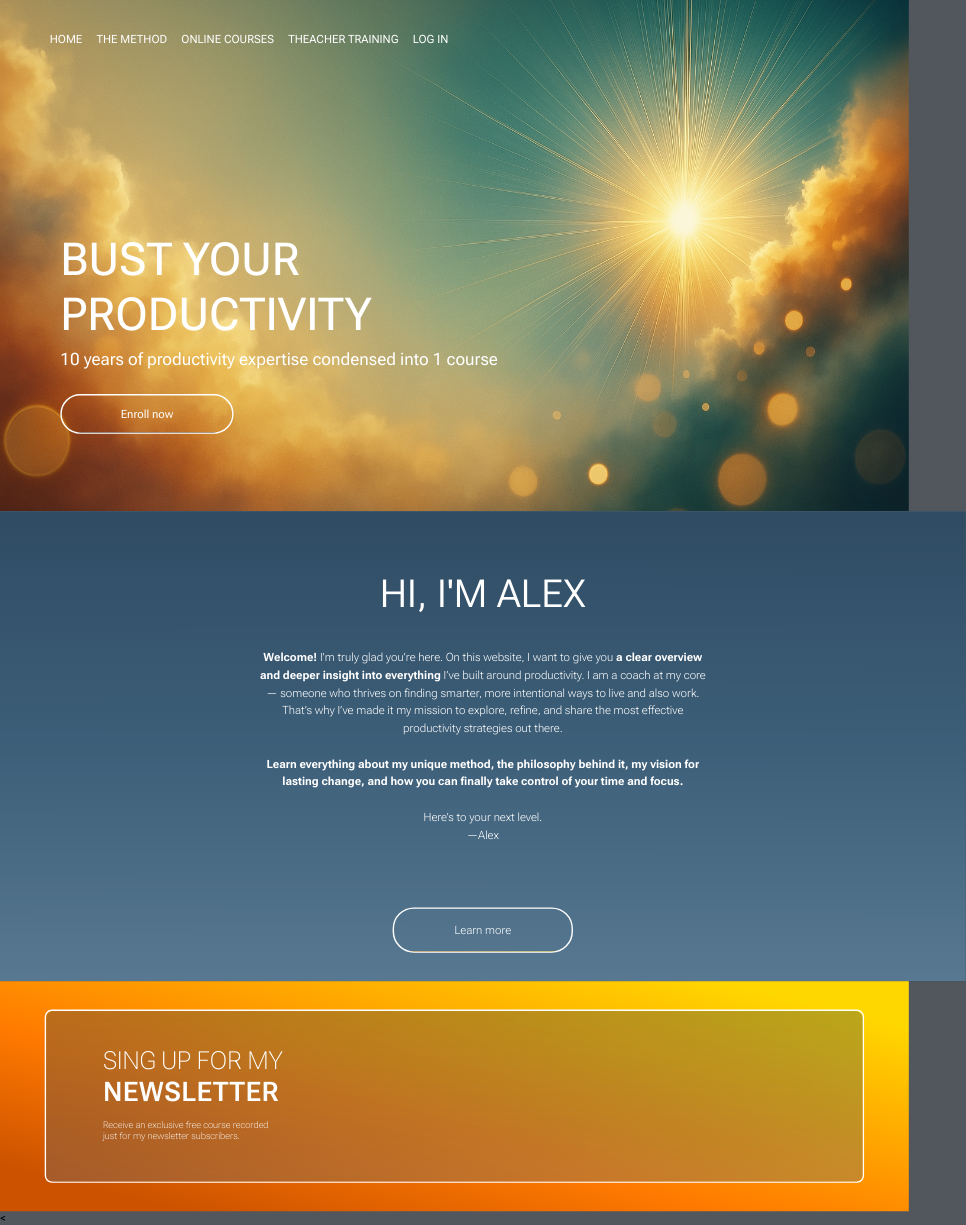
Repository: Parnicoza/testecomplete
Page: Productivity.copie.html
The author's editor kept a copy of each file at every save. The page is drawn from the files as they stood at one save, then again after the next save.
The browser window is 1280 px wide. The page is 1360 px wide, then 1310 px, so the pictures cover 1360 px, including what lies to the right of the window. The pictures show the whole page, at 71% of full size.

Above is the page before, as saved 2025-05-29 12:32:21.

### Productivity.copie.html
<!DOCTYPE html>
<html lang="en">

<head>
    <meta charset="utf-8">
    <title>Productivity</title>
    <link rel="stylesheet" href="stilizaretestcomplet-14.css">
    <link rel="icon" href="imaginitestecomplete/dashboard.ico">
    <link rel="stylesheet" href="peoductivitate.css">
    <meta name="viewport" content="width=device-width, initial-scale=1.0">
    <meta charset="UTF-8">
    <link rel="preconnect" href="https://fonts.googleapis.com">
    <link rel="preconnect" href="https://fonts.gstatic.com" crossorigin>
    <link href="https://fonts.googleapis.com/css2?family=Roboto+Flex:opsz,wght@8..144,100..1000&display=swap"
        rel="stylesheet">
</head>

<body>
    <header>
        <nav>
            <ul class="nav-links">
                <li><a href="">HOME</a></li>
                <li><a href="">THE METHOD </a></li>
                <li><a href="">ONLINE COURSES</a></li>
                <li><a href="">THEACHER TRAINING</a></li>
                <li><a href="">LOG IN</a></li>
            </ul>
        </nav>
    </header>
    <div class="hero-section">
        <!--Acest div este pentru a separa, cu un background , the intro of the page ,cum ar venii , fata de restul paginii-->
        <figure>
            <h1 class="main-heading-pentru-productivity"> Bust Your <br>
                Productivity</h1>
            <figcaption class="caption-for-the-heading">10 years of productivity expertise condensed into 1 course
            </figcaption>
            <a class="button" href="https://www.maltemartenmethod.com/"><span>Enroll now</span></a>
        </figure>
    </div>

    <div class="background-after-hero"
        style="background: linear-gradient(to bottom, #1e3c56, #2c516d, #4a6d88), rgba(255, 255, 255, 0.08); background-blend-mode: overlay; padding: 40px; margin-top: 0;">
        <div class="HIIAMALEX">
            <h2>HI, I'M ALEX</h2>
            <p>
                <b>Welcome!</b> I’m truly glad you’re here. On this website, I want to give you <b>a clear overview and
                    deeper insight into everything</b> I’ve built around productivity. I am a coach at my core — someone
                who thrives on finding smarter, more intentional ways to live and also work. That’s why I’ve made it my
                mission to explore, refine, and share the most effective productivity strategies out there.<br>

                <br><b>Learn everything about my unique method, the philosophy behind it, my vision for lasting change,
                    and how you can finally take control of your time and focus.</b><br>

                <br>Here’s to your next level.<br>
                —Alex
                <a class="learn-more-btn" href="https://www.maltemartenmethod.com/"><span>Learn more</span></a>
            </p>
        </div>
    </div>

    <div class="newsletter"><!--ACESTA ESTE BACKROUND-UL , DIN SPATE , CEL CU ROSU-->
        <div class="newsletter-text"><!--ACESTA ESTE BORDERUL/BACKGROUND-UL CU BORDER-->
            <div class="newsletter-overlay"></div>
            <div class="text">
                <!--ACEST DIV ESTE PENTRU TEXTUL PROPRIU ZIS , AICI PUN TEXTUL SI MA OC CU PROPRIETATILE LUI-->
                <p class="singup">SING UP FOR MY<br>
                    <span class="span">NEWSLETTER</span><br>
                    <span style="font-size: small; display: inline-block;margin-top: 15px;">Receive an exclusive free course recorded
                        <br>just for my newsletter subscribers.</span>
                </p>
            </div>
        </div>
    </div>
</body>

</html><

### stilizaretestcomplet-14.css
body{
    background-color:#51575D;
}

.main-heading{
    text-align: center;
    text-transform: uppercase;
    text-shadow: 15px 15px 15px black;
    font-size: 3.5em;
    color: black;
}

.background-for-the-heading{
    background: linear-gradient(to right, #5B6770, #9CAEBF);
    margin: 20px;
    padding: 5px;
    border-radius: 10px;
    margin-left: 170px;
}

.thesamebackground{
    background-color: rgba(91, 103, 112, 0.6) ;
    margin-left: 170px;
    margin-top: 50px;
    text-align: center;
    padding: 10px;
    border-radius: 10px;
    box-shadow: 5px 5px 15px black;
    margin-right: 20px;
}

.paragraph-gradient{
    color: #ffff;
    font-size: 2em;
    -webkit-text-stroke: 0.7px black;
    text-align: center;
}

.quote{
    border: 1px dotted black;
    padding: 10px;
    margin-left: 150px;
}

.divider{
    border: none;
    height: 4px;
    background-color: lightgray;
    border: 3px dotted black;
    margin: 14px;
    margin-left: 150px;
}

.image{
    border-radius: 5px;
    box-shadow: 5px 5px 15px black;
    display: block;
    margin: 0 auto;
}

.picture{
    margin-left: 160px;
}

.Dashboard{
    display: flex;
}

.sidebar{
    display: flex;
    flex-direction: column;
   width: 140px;
   position: fixed;
   left: 0;
   top: 0;
   height: 96vh;
   justify-content: center;
   margin: 20px;
   background-color: #6A747D;
    border-radius: 10px;
    box-shadow: -5px -5px 15px black;

}

.list{
    list-style-type: none;
    display: flex;
    flex-direction: column;
    gap: 30px;
    padding: 0;
    margin-left: 10px;
}

.container{
    margin-left: 160px;
}

.divimage{
    display: block;
    margin-left: 160px;
    margin-top: 50px;

}

.figcaption{
    font-style: italic;
    font-weight: bold;
    margin: 20px;
}

.home{
    color: black;
}

.BLOCKS{
    display: flex;
    flex-direction: row;
    justify-content: space-evenly;
    gap: 20px;
}
.blocks{
    display: flex;
    flex-direction: column;
    justify-content: space-evenly;
    width: 350px;
    margin-left: 170px;
    background-color: rgba(91, 103, 112, 0.6);
    box-shadow: 5px 5px 15px black;
    border-radius: 10px;
    padding: 10px;
    margin-right: 20px;
}

.blocks2{
    display: flex;
    flex-direction: column;
    justify-content: space-evenly;
    width: 350px;
    background-color: rgba(91, 103, 112, 0.6);
    box-shadow: 5px 5px 15px black;
    border-radius: 10px;
    padding: 10px;
    margin-right: 20px;
}

.blocks3{
    display: flex;
    flex-direction: column;
    justify-content: space-evenly;
    width: 350px;
    background-color: rgba(91, 103, 112, 0.6);
    box-shadow: 5px 5px 15px black;
    border-radius: 10px;
    padding: 10px;
    margin-right: 20px;
}
.headingforblock{
    text-align: left;
    text-transform: uppercase;
    font-weight: bold;
    color: black;
    display: flex;
}

.paragraph-gradient1{
    color: #ffff;
    -webkit-text-stroke: 0.6px black;
    font-size: 25px;
    text-align: center;
}

.footer{
    margin-left: 170px;
}

.social-media{
    display: flex;
    flex-direction: row;
    justify-content: space-evenly;
    gap: 20px;
    margin-top: 250px;
}
.ul{
    list-style-type: none;
    display: flex;
    flex-direction: row;
    gap: 20px;
    padding: 0;
}

.footer-text{
    color: white;
    font-size: smaller;
    text-align: center;
    margin: 0 auto;
    width: 650px;
}

.Disclaimer{
    color: white;
    font-size: large;
}

.ifarme{
    margin-left: 160px;
    margin-top: 10px;
}

### peoductivitate.css
body{
    font-family: "Roboto Flex", sans-serif;
    margin: 0;
}

.hero-section{
    height: 100vh;
    display: flex;
    align-items: center;
    background-image: url('imaginitestecomplete/sky.png');
    background-position: center;
    background-size: cover;
    background-repeat: no-repeat;
    /* A RAMAS SA PUN BACKGROUND */
    background-size: cover;
    background-position: center;
    background-repeat: no-repeat;
    margin-bottom: 0;
    width: 100vw;
}

.background-after-hero {
    background: linear-gradient(to bottom, #1e3c56, #2c516d, #4a6d88), rgba(255, 255, 255, 0.08);
    background-blend-mode: overlay;
    padding: 40px;
    margin-top: 0;
    min-height: 60vh;
    width: 100vw;
    overflow-x: hidden;

}

nav{
    position: absolute;
    width: 100%;
    z-index: 1000;
    margin: 30px;
}

.nav-links{
    list-style-type: none;
    display: flex;
    justify-content: flex-start;
    gap: 20px;
}

.nav-links li a{
    text-decoration: none;
    color: white;
}

.main-heading-pentru-productivity{
    text-transform: uppercase;
    font-size: 4rem;
    color: white;
    text-align: left;
    line-height: 1.2em;
    margin-top: 220px;
    margin-left: 45px;
    margin-bottom: 10px;
    font-weight: 450;
}

.caption-for-the-heading{
    display: inline-block;
    text-align: left;
    margin-left: 45px;
    font-size: x-large;
    color: white;
}

.HIIAMALEX{
    color: white;
    text-align: center;
}

.HIIAMALEX h2{
    font-weight: 330;
    font-size: 3.4em;
}

.HIIAMALEX p{
    font-weight: 200;
    width: 50%;
    text-align: center;
    margin: 0 auto;
    line-height: 25px;
}

.button{
    background: transparent;
   border: 2px solid white;
    border-radius: 30px;
    display: flex;
    justify-content: center;
    align-items: center;
    text-align: center;
    width: 240px;
    height: 52px;
    margin-top: 35px;
    margin-left: 45px;
    color: white;
    text-decoration: none;
    position: relative;
    overflow: hidden;
    z-index: 1;
}

.button::before {
    content: "";
    position: absolute;
    bottom: -100%;         /* de jos, complet ascuns la început */
    left: 0;
    width: 100%;
    height: 100%;
    background: linear-gradient(to bottom, #1e3c56, #2c516d, #4a6d88), rgba(255, 255, 255, 0.08);
    transition: bottom 0.4s ease;
    z-index: 0;
}
.button:hover::before {
    bottom: 0;  /* se ridică complet peste buton */
}
.button span {
    position: relative;
    z-index: 2;
}

.learn-more-btn{
    background: transparent;
    border: 2px solid white;
    border-radius: 30px;
    display: flex;
    align-items: center;
    justify-content: center;
    text-align: center;
    width: 250px;
    height: 60px;
    margin: 0 auto;
    position: relative;
    overflow: hidden;
    z-index: 1;
    color: white;
    text-decoration: none;
    margin-top: 90px;
}

.learn-more-btn::before{
    content: "";
    position: absolute;
    bottom: -100%;         /* de jos, complet ascuns la început */
    left: 0;
    width: 100%;
    height: 100%;
    background: linear-gradient(to top right, #cc5200 10%, #ff7a00 40%, #ffd700 90%);
    transition: bottom 0.4s ease;
    z-index: 0;
}

.learn-more-btn:hover::before{
    bottom: 0;  /* se ridică complet peste buton */
}

.learn-more-btn span{
    position: relative;
    z-index: 2;
}

.newsletter{
    background: linear-gradient(to top right, #cc5200 10%, #ff7a00 40%, #ffd700 90%);
    min-height: 45vh;
    display: flex;
    justify-content: center;
    align-items: center;
    flex-direction: column;
    width: 100vw;
}
.singup {
    color: white;
    font-size: 35px;
    font-weight: 100;
    text-align: left;
    margin-left: 30px;
    line-height: 1.2;
}
.span {
    display: inline-block;
    font-weight: 600;
    width: 250px;
    text-align: left;
    font-size: 38px;
    letter-spacing: 0.5px;
}

.newsletter-text{
    border: 2px solid white;
    width: 1150px;
    margin: 20px;
    position: relative;
    border-radius: 10px;
}
.text{
    margin: 50px;
    position: relative;
    z-index: 2;
}
.newsletter-overlay{
    position: absolute;
    top: 0;
    left: 0;
    width: 100%;
    height: 100%;
    background: linear-gradient(
      to bottom,
      rgba(30, 60, 86, 0.3),
      rgba(44, 81, 109, 0.3),
      rgba(74, 109, 136, 0.3)
    );
    backdrop-filter: blur(30px);
    border-radius: 4px;
    z-index: 0;
    border-radius: 10px;
}

.newsletter-form-row{
    display: flex;
    align-items: center;
    justify-content: space-between;
    gap: 30px;
}
form {
    display: flex;
    gap: 20px;
  }

  form input {
    padding: 12px 18px;
    border-radius: 25px;
    border: none;
    background-color: white;
    color: #333;
    font-size: 16px;
  }
  form input:focus {
    outline: none;
    box-shadow: 0 0 0 2px #ffa50044;
  }
  .explore-courses{
    background: linear-gradient(to bottom, #1e3c56, #2c516d, #4a6d88), rgba(255, 255, 255, 0.08);
    display: flex;
    justify-content: center;
    flex-direction: column;
    align-items: center;
    min-height: 100vh;
  }

  .explore-courses-text{
    width: 50%;
    text-align: center;
    color: white;
    margin: 0 auto;
    line-height: 25px;
    font-weight: 200;
    margin-top: 45.152px;
  }

  .explore-courses h2{
    font-weight: 330;
    font-size: 3.4em;
    color: white;
    text-align: center;
}

.course-cards{
    display: flex;
    align-items: center;
    justify-content: space-evenly;
    gap: 100px;
    margin: auto;
    margin-top: 50px;
}

.borderfortheimages{
    border-radius: 25px;
}
.scroll-appear {
    opacity: 0;
    transform: translateY(-30px);
    transition: opacity 1.5s ease, transform 1.5s ease;
}

.scroll-appear.show {
    opacity: 1;
    transform: translateY(0);
}

.join-btn {
    margin-top: 50px;      /* pushes the button down a bit */
    margin-bottom: 40px;   /* optional bottom spacing */
}

After the next save:
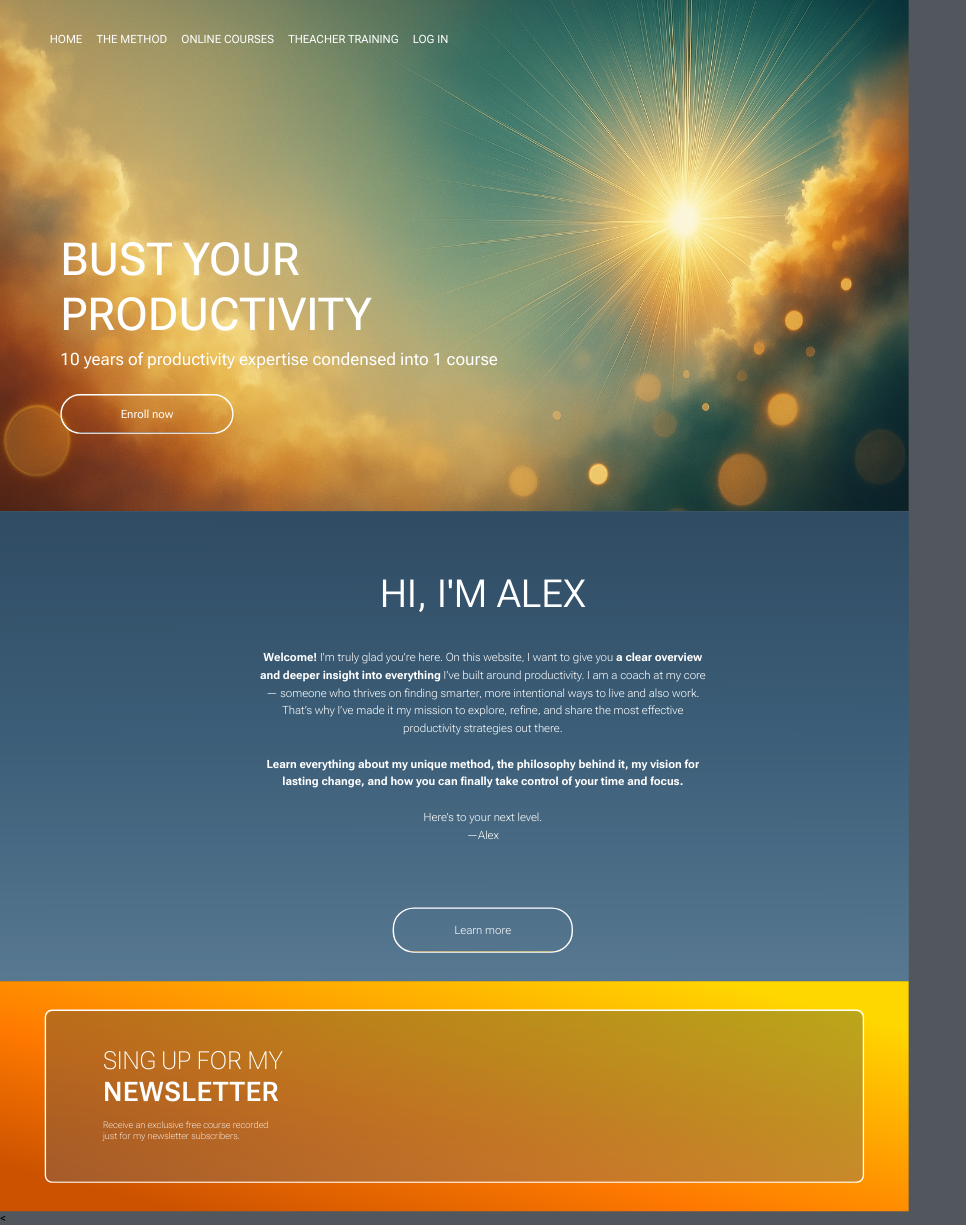
Saved 7 min 11 s later.
--- a/peoductivitate.css
+++ b/peoductivitate.css
@@ -1,3 +1,4 @@
+html,body{overflow-x:hidden;}
 body{
     font-family: "Roboto Flex", sans-serif;
     margin: 0;
@@ -16,7 +17,7 @@ body{
     background-position: center;
     background-repeat: no-repeat;
     margin-bottom: 0;
-    width: 100vw;
+    width: 100%;
 }
 
 .background-after-hero {
@@ -25,7 +26,7 @@ body{
     padding: 40px;
     margin-top: 0;
     min-height: 60vh;
-    width: 100vw;
+    width: 100%;
     overflow-x: hidden;
 
 }
@@ -172,7 +173,7 @@ nav{
     justify-content: center;
     align-items: center;
     flex-direction: column;
-    width: 100vw;
+    width: 100%;
 }
 .singup {
     color: white;
@@ -193,8 +194,9 @@ nav{
 
 .newsletter-text{
     border: 2px solid white;
-    width: 1150px;
-    margin: 20px;
+    width: 90%;
+    max-width: 1150px;
+    margin: 20px auto;
     position: relative;
     border-radius: 10px;
 }
